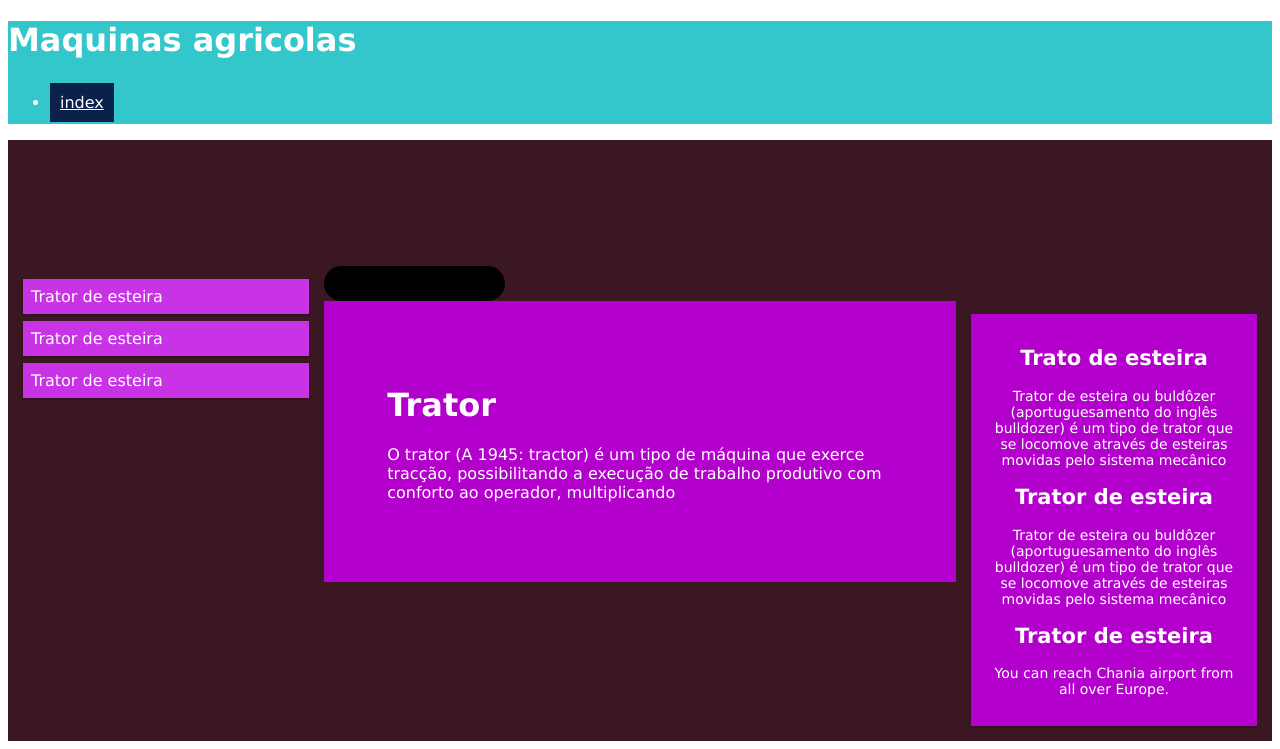
Repository: ecrseer/pesquisa-carros-html
Page: news.html
An editor plug-in stored every save of this project. The page is shown before and after a run of saves, followed by the edit.
The browser window is 1280 px wide. The pictures show the whole page.

Above is the page before, as saved 2022-01-21 16:16:10.
Console error: TypeError: Cannot read properties of undefined (reading 'fn')

### news.html
<!doctype html>

<html lang="pt-br">
  <html lang="pt-br">
    <head>
        <meta charset="UTF-8"/>
        <meta name="viewport" content="width=device-width,
        initial-scale=1.0"/>
        <meta http-equiv="X-UA-Compatible" content="ie=edge">
        <title>noticia</title>

  <link rel="stylesheet" href="news.css">

</head>

<body>
    <div class="header">
        <h1>Maquinas agricolas</h1>
        <nav >
            <ul class="topbtns">
                <li>
                    <a href="/index.html">index </a>
                </li>

            </ul>
        </nav>
      </div>

      <div class ="resto">
      <div class="row">
        <div class="col-3 col-s-3 menu">
          <ul>
            <li>Trator de esteira</li>
            <li>Trator de esteira</li>
            <li>Trator de esteira</li>

          </ul>
        </div>
        <input type="text" name="a" class="entr" id="entro">

        <div class="col-6 col-s-9">
          <h1>Trator</h1>
          <p>O trator (A 1945: tractor) é um tipo de máquina que exerce tracção, possibilitando a execução de trabalho produtivo com conforto ao operador, multiplicando </p>
        </div>

        <div class="col-3 col-s-12">
          <div class="aside">
            <h2>Trato de esteira</h2>
            <p>Trator de esteira ou buldôzer (aportuguesamento do inglês bulldozer) é um tipo de trator que se locomove através de esteiras movidas pelo sistema mecânico</p>
            <h2>Trator de esteira</h2>
            <p>Trator de esteira ou buldôzer (aportuguesamento do inglês bulldozer) é um tipo de trator que se locomove através de esteiras movidas pelo sistema mecânico</p>
            <h2>Trator de esteira</h2>
            <p>You can reach Chania airport from all over Europe.</p>

          </div>
        </div>

      </div>


    </div>
  <script src="scripts.js"></script>
<script src="https://maxcdn.bootstrapcdn.com/bootstrap/4.0.0/js/bootstrap.min.js" integrity="sha384-JZR6Spejh4U02d8jOt6vLEHfe/JQGiRRSQQxSfFWpi1MquVdAyjUar5+76PVCmYl" crossorigin="anonymous"></script>

</body>
</html>

### news.css
* {
    box-sizing: border-box;
    color:white;
  }

  .entr{
    border-radius: 23px;
    display: grid;
    height: 35px;
    background-color: black;
    border: none;

    text-align: center;
    outline: none;
  }
  .entr:hover{
    background-color: #3a1722 ;
  }

  .row::after {
    content: "";
    clear: both;
    display: table;
  }

  [class*="col-"] {
    float: left;
    padding: 15px;
  }

  html {
    font-family: "Lucida Sans", sans-serif;
  }

  .header {
    background-color: #33c7cc;
    position: sticky;
    z-index: 2;
    width: 100%;
    max-height: 21vh;
  }
  .resto{
      background-color: #3a1722;

      padding-top: 10%;
      position: relative;
      z-index: 1;
  }

  .menu ul {
    list-style-type: none;
    margin: 0;
    padding: 0;
  }

  .menu li {
    padding: 8px;
    margin-bottom: 7px;
    background-color: #c733e5;
    color: #ffffff;
    box-shadow: 0 1px 3px rgba(0,0,0,0.12), 0 1px 2px rgba(0,0,0,0.24);
  }

  .menu li:hover {
    background-color: #b400cc;
  }

  .aside {
    background-color: #b400cc;
    padding: 15px;
    color: #ffffff7c;
    text-align: center;
    font-size: 14px;
    box-shadow: 0 1px 3px rgba(0,0,0,0.12), 0 1px 2px rgba(0,0,0,0.24);
  }
  .aside h2:hover{
      color: white  ;
  }

  .footer {
    background-color: #0099cc;
    color: #ffffff;
    text-align: center;
    font-size: 12px;
    padding: 15px;

  }

  /* For mobile phones: */
  [class*="col-"] {
    width: 100%;
    padding-top: 15%;

  }

  [class*="col-6"]{
      background-color: #b400cc;
      width: 98%;
      padding: 5%;

  }

  @media only screen and (min-width: 600px) {
    /* For tablets: */
    .col-s-1 {width: 8.33%;}
    .col-s-2 {width: 16.66%;}
    .col-s-3 {width: 25%; padding-top: 10%;}
    .col-s-4 {width: 33.33%;}
    .col-s-5 {width: 41.66%;}
    .col-s-6 {width: 50%;}
    .col-s-7 {width: 58.33%;}
    .col-s-8 {width: 66.66%;}
    .col-s-9 {width: 75%;}
    .col-s-10 {width: 83.33%;}
    .col-s-11 {width: 91.66%;}
    .col-s-12 {width: 100%;}
    .header{height: 5%;}
  }
  @media only screen and (min-width: 768px) {
    /* For desktop: */
    .col-1 {width: 8.33%;}
    .col-2 {width: 16.66%;}
    .col-3 {width: 25%; padding-top: 1%;}
    .col-4 {width: 33.33%;}
    .col-5 {width: 41.66%;}
    .col-6 {width: 50%;}
    .col-7 {width: 58.33%;}
    .col-8 {width: 66.66%;}
    .col-9 {width: 75%;}
    .col-10 {width: 83.33%;}
    .col-11 {width: 91.66%;}
    .col-12 {width: 100%;}
    .header{height: 12%;}
  }
  .topbtns{
    display: flex;
}

.topbtns li{
    background-color:rgb(10, 33, 76);
    margin: 2px;
}

.topbtns li a{
    padding: 10px;
    display: block;

    outline: none;

    user-select: none;
    -moz-user-select: none;
    -ms-user-select: none;
    -webkit-touch-callout: none;
    -webkit-user-select: none;
    -khtml-user-select: none;
}
.topbtns li a::selection {
    background: transparent;
    border:5px dashed red;
}
.topbtns li a::-moz-selection {
    background: transparent;
}

### scripts.js
function recurs(nmbr){

    if (nmbr==1)
    return 1;
    else
    arr.push(3*recurs(nmbr-1));
}

let
    isWhite = false,
    arr=[];
    let
    fixo=new Array(5);

    fixo[0]='E';
    fixo[4]='S';
    console.log(fixo);


function changeTheme(){
    isWhite ? document.querySelector("body").style.backgroundColor='#010101' :
    document.querySelector("body").style.backgroundColor='#fff';

    isWhite= !isWhite;

    function hapn(){
        console.log('data');
    }

    console.log(arr);
}

After the next 5 saves:
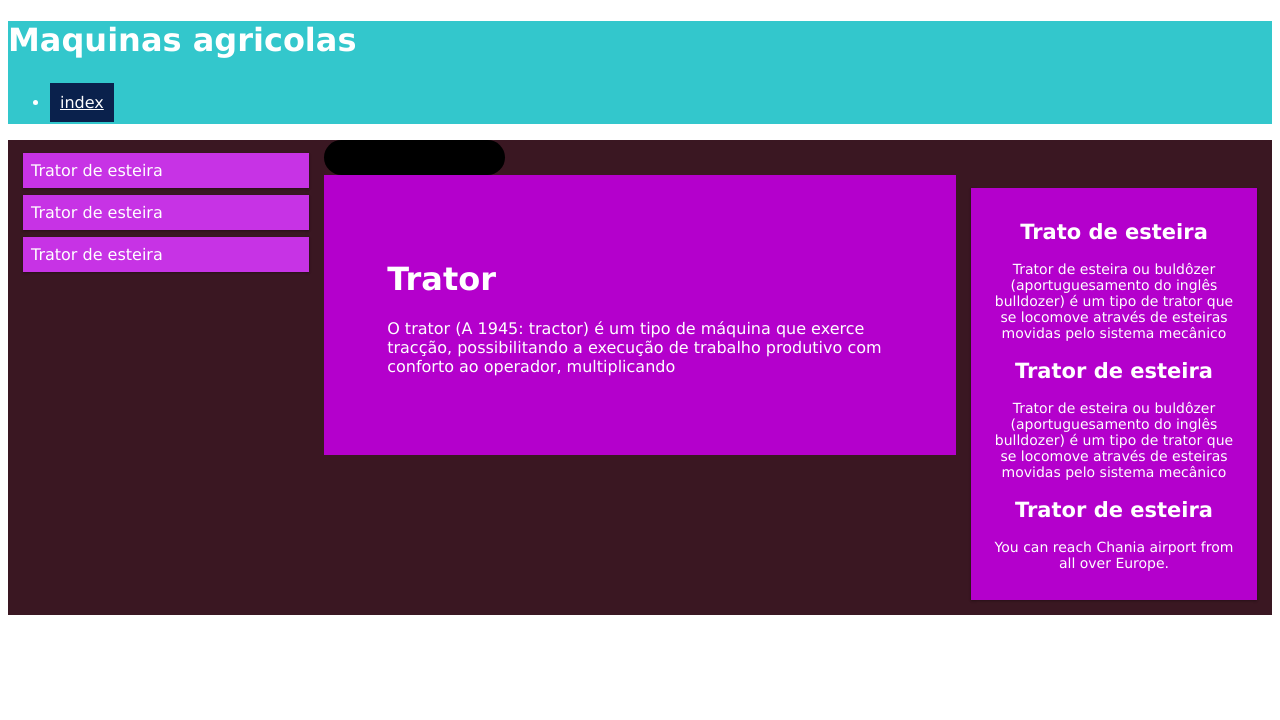
The 5 saves are shown as one change because they came seconds apart.
The last was saved 20 s later.
--- a/news.css
+++ b/news.css
@@ -42,9 +42,6 @@
   .resto{
       background-color: #3a1722;
 
-      padding-top: 10%;
-      position: relative;
-      z-index: 1;
   }
 
   .menu ul {
